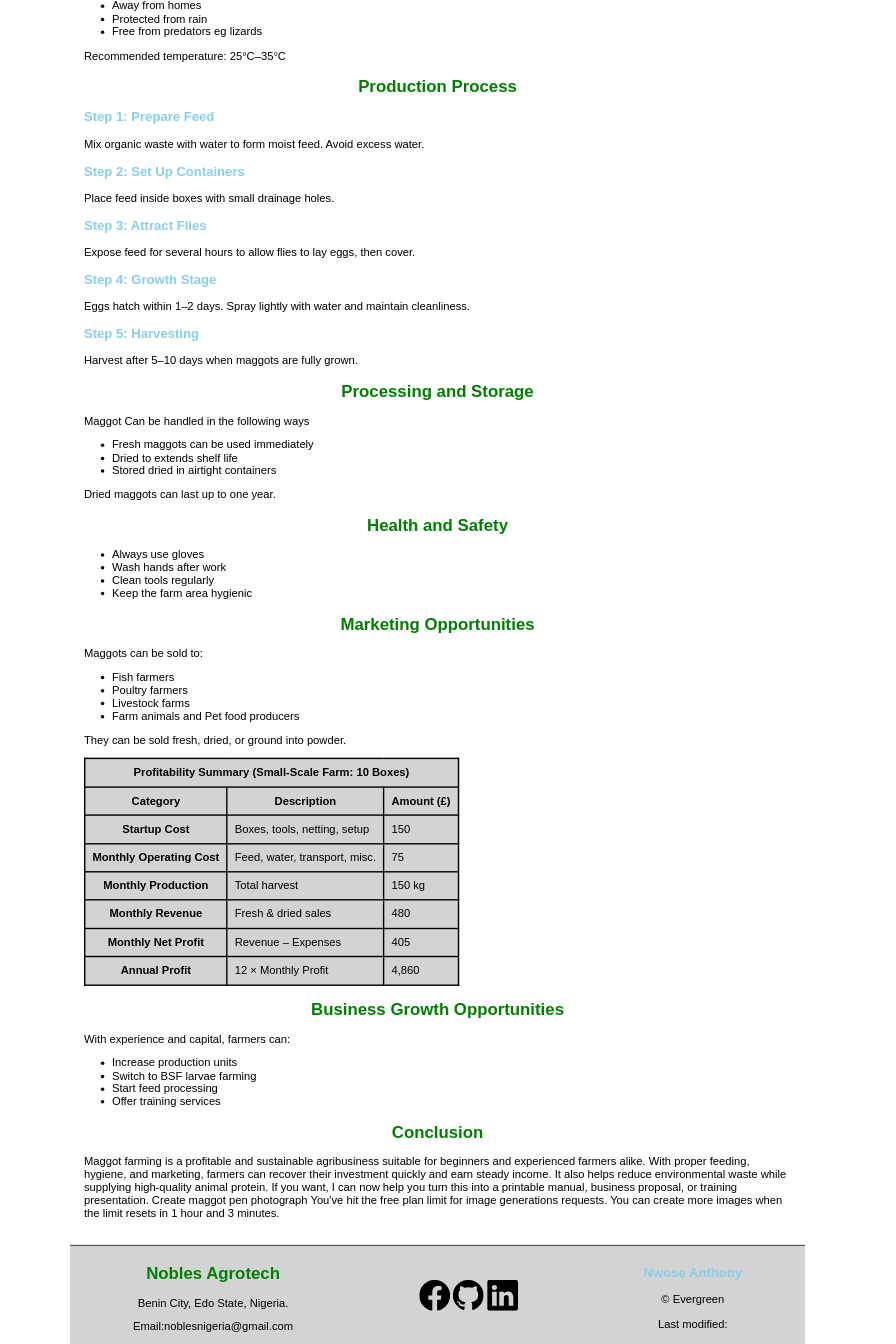
Repository: NoblesNigeria/articles
Page: maggot/index.html
The author's editor kept a copy of each file at every save. The page is drawn from the files as they stood at one save, then again after the next save.
The browser window is 1280 px wide. The pictures show the part of the page from y = 1579 to 3499 px (the page is 3499 px tall), at 70% of full size.

Above is the page before, as saved 2026-02-23 11:39:31.
Console error: TypeError: Cannot read properties of null (reading 'addEventListener')

After the next save:
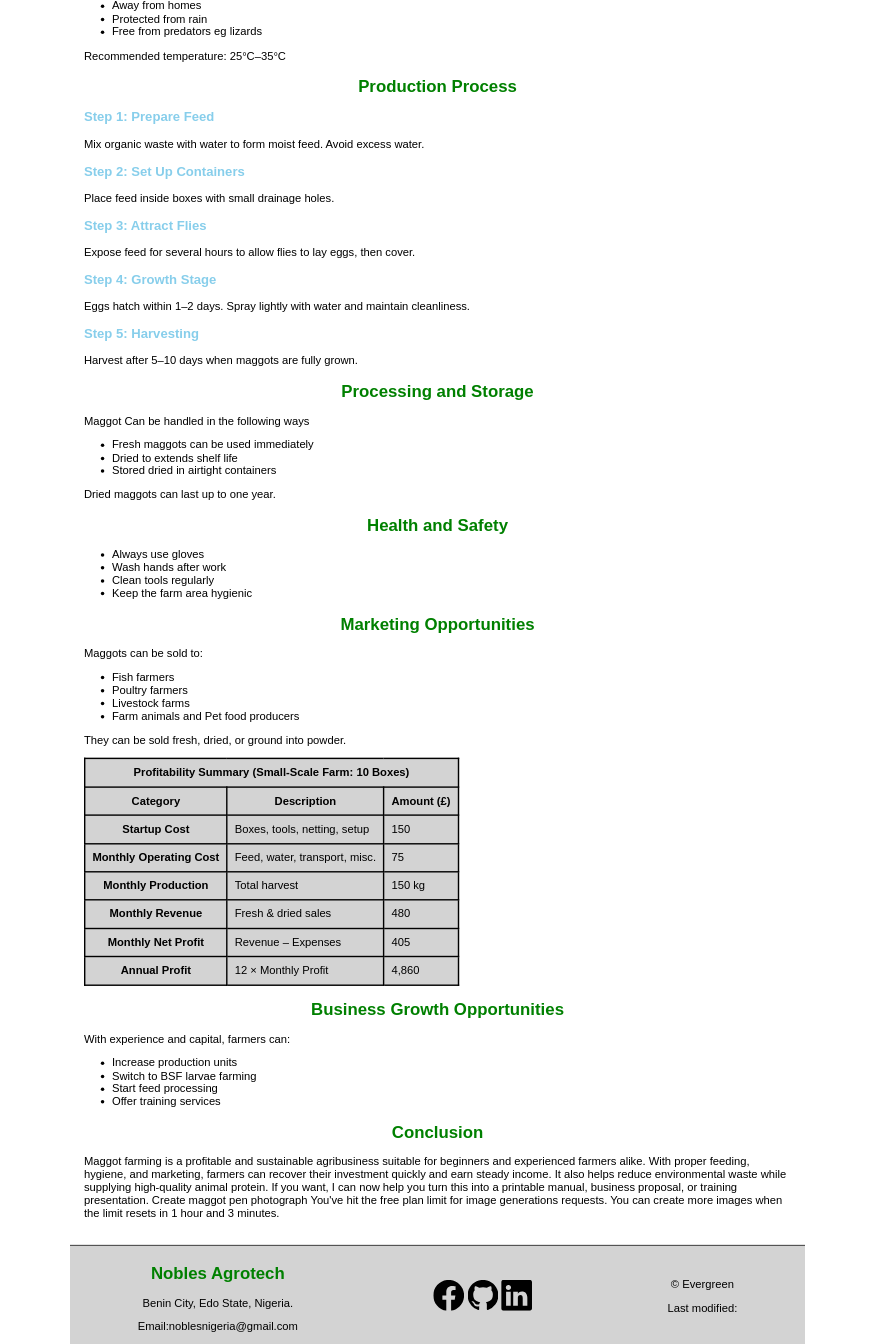
Saved 14 s later.
--- a/maggot/index.html
+++ b/maggot/index.html
@@ -250,7 +250,6 @@
             <a href="https://github.com/NoblesNigeria"><img src="images/linkedin.svg" alt="Linkedin" width="100" height="100"></a>
         </aside>
         <aside class="copy-right">
-            <h3>Nwose Anthony</h3>
             <p>&copy; <span class="current-year"></span> Evergreen</p>
             <p>Last modified: <span class="lastModified"></span></p>
         </aside>
